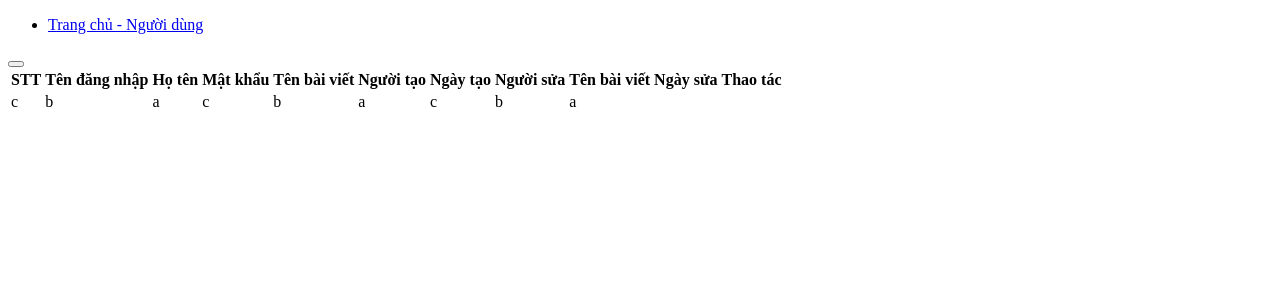
Repository: QuangThuanLion/Project_SpringMVC
Page: http://localhost/springweb-mvc/WEB-INF/views/admin/user/users.jsp
These files come from the project's save history. The page is drawn as it stood at one moment and after the next save; the edit follows.
The browser window is 1280 px wide. The pictures show the whole page.
The page is served by Tomcat 9. Nobody is signed in. Other server files are loaded and not shown. The template is opened directly, without the code that normally fills it, so the values that code supplies are empty.

Above is the page before, as saved 2020-07-05 11:34:25.

### workspace/springweb-mvc/src/main/webapp/WEB-INF/views/admin/user/users.jsp
<%@ page language="java" contentType="text/html; charset=UTF-8" pageEncoding="UTF-8"%>
<!DOCTYPE html>
<html>
<head>
<meta charset="UTF-8">
<title>Danh sách- Danh sách người dùng</title>
</head>
<body>

	<div class="main-content">
	<form>
			<div class="main-content-inner">
				<div class="breadcrumbs ace-save-state" id="breadcrumbs">
					<ul class="breadcrumb">
						<li>
							<i class="ace-icon fa fa-home home-icon"></i>
							<a href="#">Trang chủ - Người dùng</a>
						</li>
					</ul><!-- /.breadcrumb -->
				</div>
				<div class="page-content">
					<div class="row">
						<div class="col-xs-12">
							<div class="widget-box table-filter">
									<div class="table-btn-controls">
										<div class="pull-right tableTools-container">
											<div class="dt-buttons btn-overlap btn-group">
												<a flag="info"
												   class="dt-button buttons-colvis btn btn-white btn-primary btn-bold" data-toggle="tooltip"
												   title='Thêm bài viết' href="#">
															<span>
																<i class="fa fa-plus-circle bigger-110 purple"></i>
															</span>
												</a>
												<button id="btnDelete" type="button" onclick="warningBeforeDelete()"
														class="dt-button buttons-html5 btn btn-white btn-primary btn-bold" data-toggle="tooltip" title='Xóa bài viết'>
															<span>
																	<i class="fa fa-trash-o bigger-110 pink"></i>
															</span>
												</button>
											</div>
										</div>
									</div>
								</div>

								<div class="row">
									<div class="col-xs-12">
										<div class="table-responsive">
											<table class="table table-bordered">
												<thead>
													<tr>
														<th>STT</th>
														<th>Tên đăng nhập</th>
														<th>Họ tên </th>
														<th>Mật khẩu</th>																											<th>Tên bài viết</th>
														<th>Người tạo</th>
														<th>Ngày tạo</th>
														<th>Người sửa</th>																												<th>Tên bài viết</th>
														<th>Ngày sửa</th>
														<th>Thao tác</th>
													</tr>
												</thead>
												<tbody>
														<tr>
															<td>c</td>
															<td>b</td>
															<td>a</td>
															<td>c</td>
															<td>b</td>
															<td>a</td>																													<td>c</td>
															<td>b</td>
															<td>a</td>
															<td>
															<a class="btn btn-sm btn-primary btn-edit" data-toggle="tooltip"
																title="Cập nhật bài viết" href="#">
																<i class="fa fa-pencil-square-o" aria-hidden="true"></i>
															</a>
															</td>
														</tr>

												</tbody>
											</table>
										</div>
									</div>
								</div>
							</div>
						</div>
					</div>
				</div>
			</form>
		</div>
<!-- /.main-content -->

</body>
</html>

After the next save:
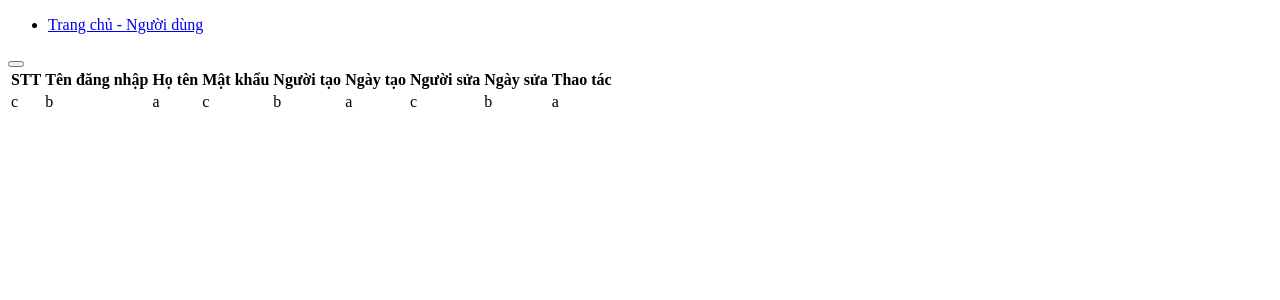
Saved 2 min 43 s later.
--- a/workspace/springweb-mvc/src/main/webapp/WEB-INF/views/admin/user/users.jsp
+++ b/workspace/springweb-mvc/src/main/webapp/WEB-INF/views/admin/user/users.jsp
@@ -52,10 +52,10 @@
 														<th>STT</th>
 														<th>Tên đăng nhập</th>
 														<th>Họ tên </th>
-														<th>Mật khẩu</th>																											<th>Tên bài viết</th>
+														<th>Mật khẩu</th>
 														<th>Người tạo</th>
 														<th>Ngày tạo</th>
-														<th>Người sửa</th>																												<th>Tên bài viết</th>
+														<th>Người sửa</th>
 														<th>Ngày sửa</th>
 														<th>Thao tác</th>
 													</tr>
